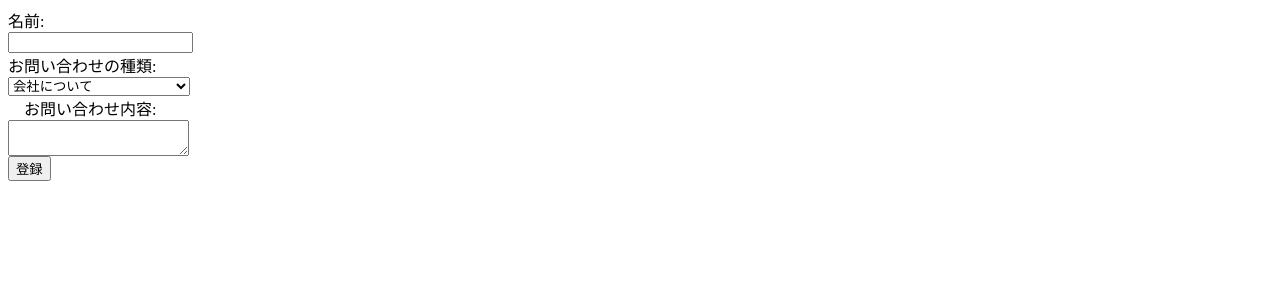
Repository: hiraide8/test
Page: http://localhost/HelloServlet/inquiry.jsp
The author's editor kept a copy of each file at every save. The page is drawn from the files as they stood at one save, then again after the next save.
The browser window is 1280 px wide. The pictures show the whole page.
The page is served by Tomcat 9.

Above is the page before, as saved 2018-11-02 11:10:56.

After the next save:
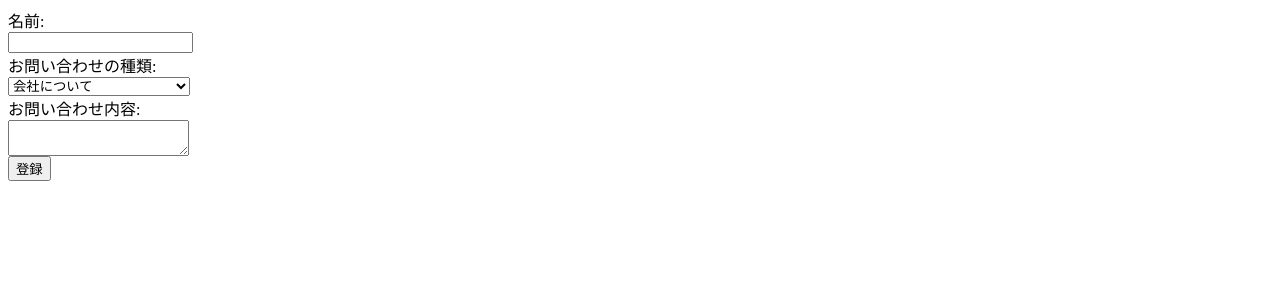
Saved 3 min 2 s later.
--- a/HelloServlet/WebContent/inquiry.jsp
+++ b/HelloServlet/WebContent/inquiry.jsp
@@ -13,7 +13,7 @@
             <option value="company">会社について</option>
             <option value="product">製品について</option>
             <option value="support">アフターサポートについて</option>
-        </select><br>　お問い合わせ内容:<br>
+        </select><br>お問い合わせ内容:<br>
         <textarea name="body">
         </textarea>
         <br><input type="submit" value="登録">
